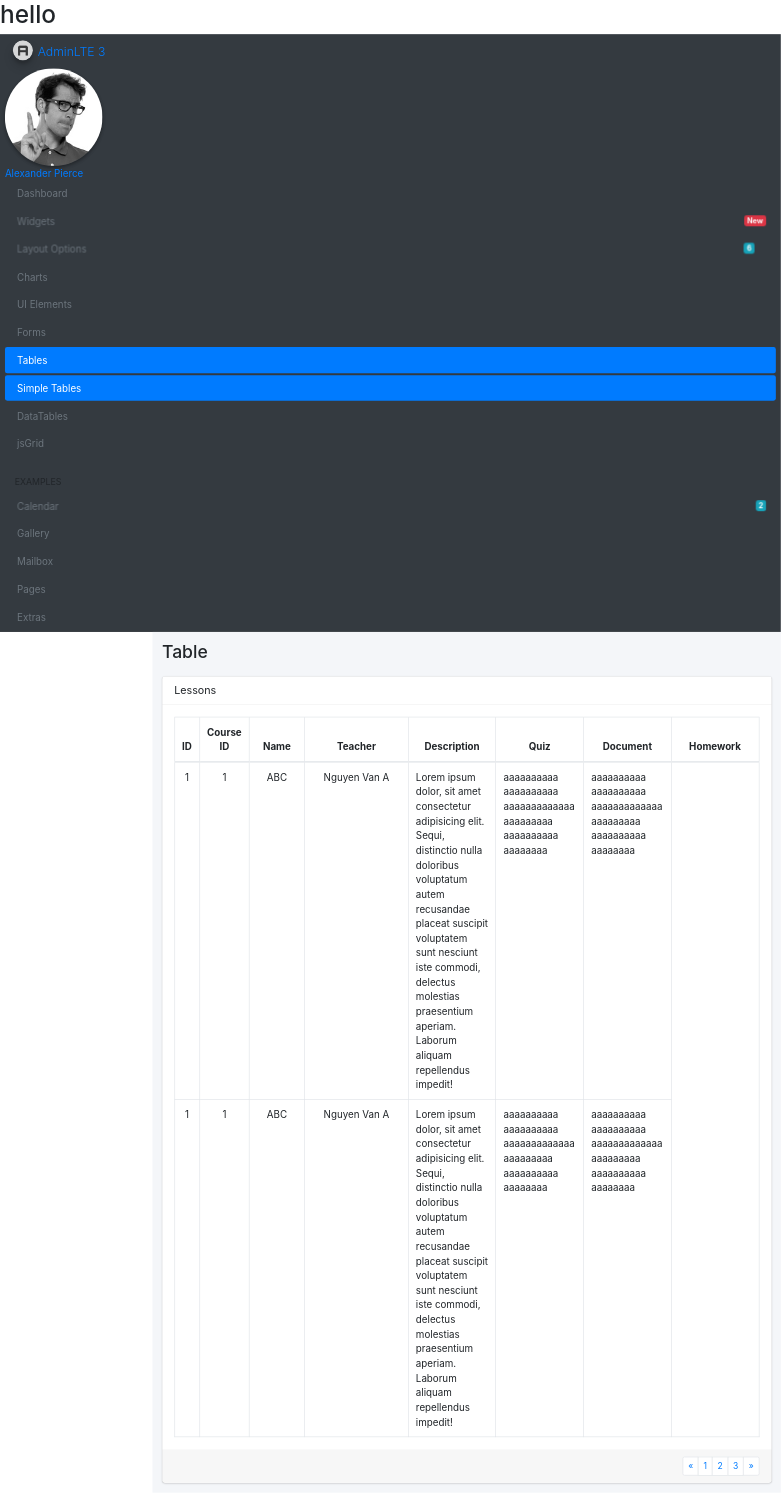
Repository: huyennvo/table
Page: http://localhost/table/lessons
An editor plug-in stored every save of this project. The page is shown before and after the next save, followed by the edit.
The browser window is 1280 px wide. The pictures show the whole page, at 61% of full size.
Some web fonts or font styles are not loaded; a fallback is used. The page is served by the project's Laravel application, run on PHP 8.4 with Laravel 8.

Above is the page before, as saved 2022-08-11 19:57:46.

After the next save:
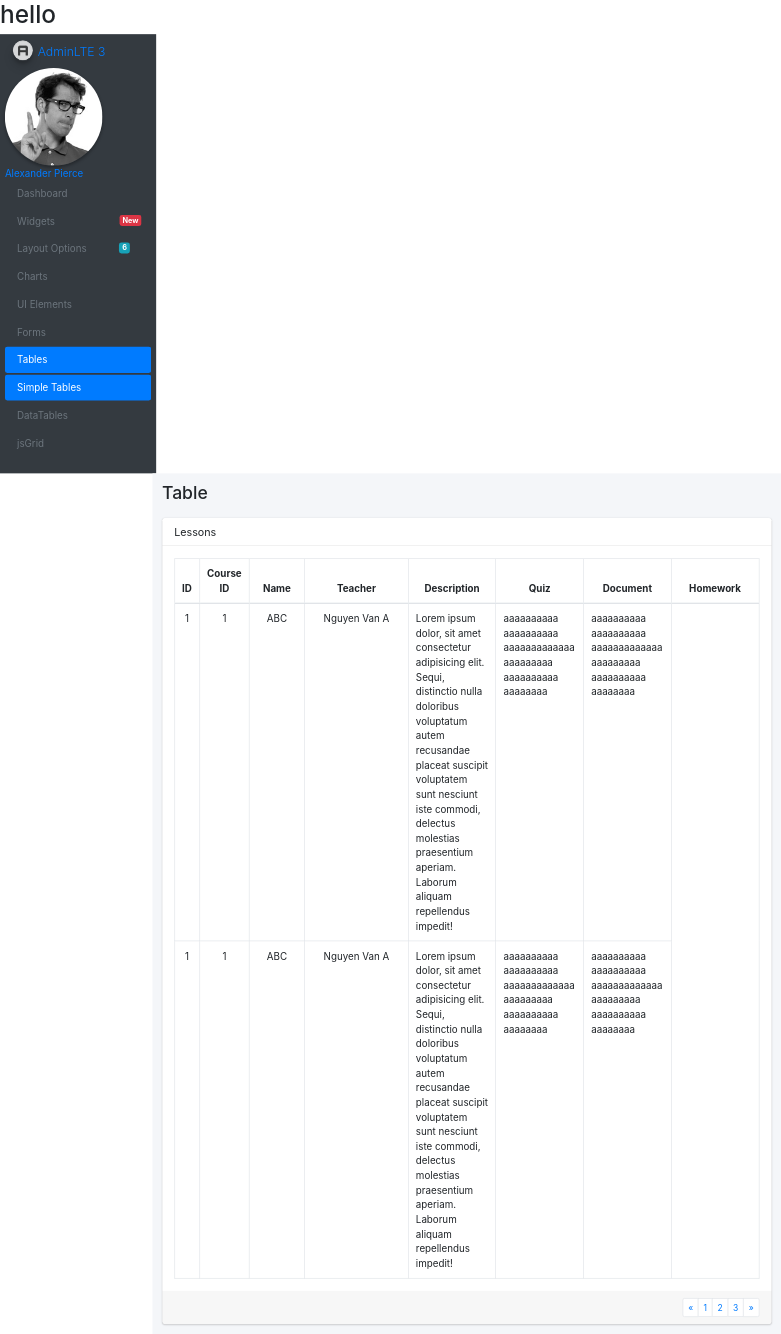
Saved 38 s later.
--- a/public/css/style.css
+++ b/public/css/style.css
@@ -12,5 +12,6 @@
 
 #menu {
     background-color: #343A40;
-    /* height: 100vh; */
+    width: 20vw;
+    height: 100vh;
 }

After the save that followed:
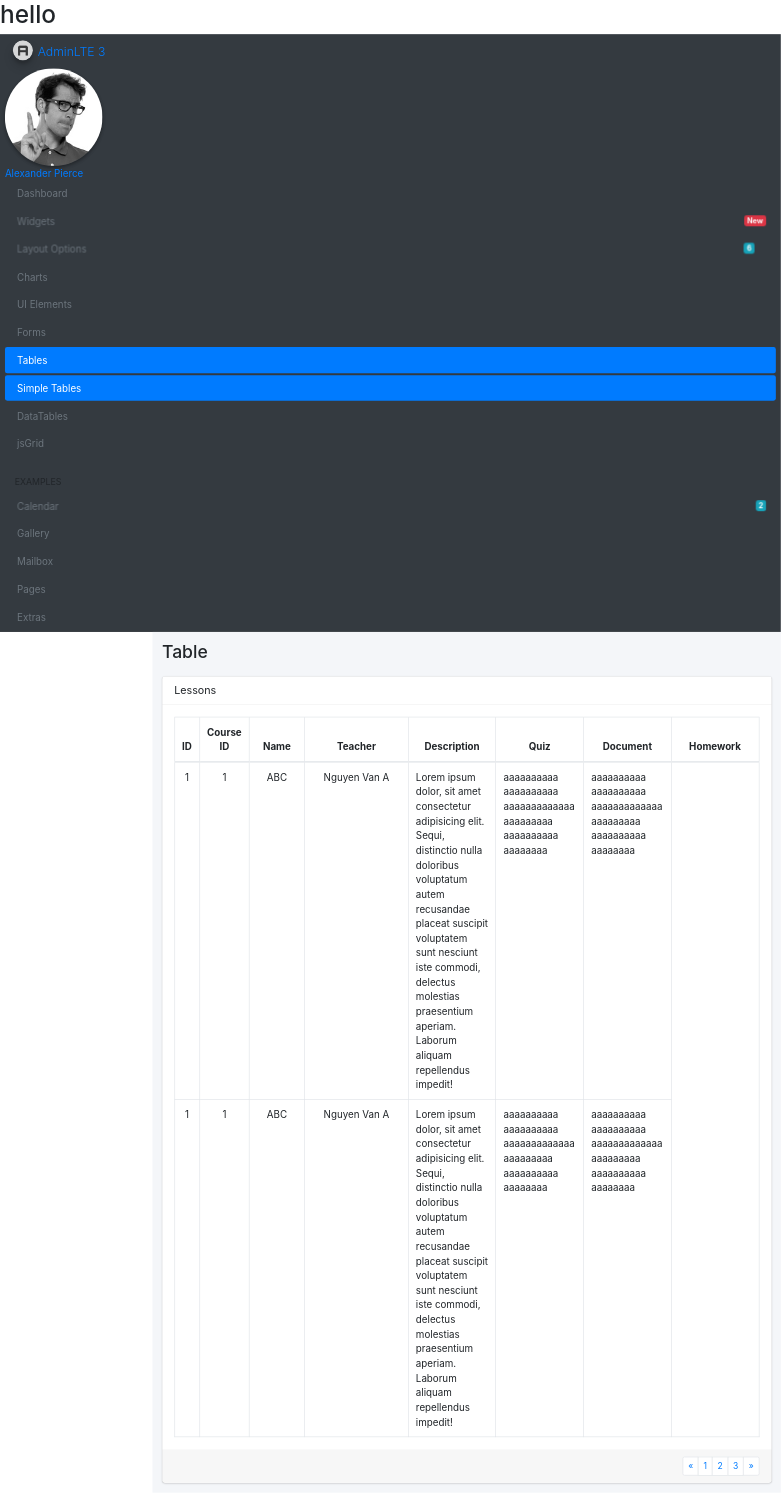
Saved 15 s later.
--- a/public/css/style.css
+++ b/public/css/style.css
@@ -12,6 +12,6 @@
 
 #menu {
     background-color: #343A40;
-    width: 20vw;
-    height: 100vh;
+    /* width: 20vw;
+    height: 100vh; */
 }
